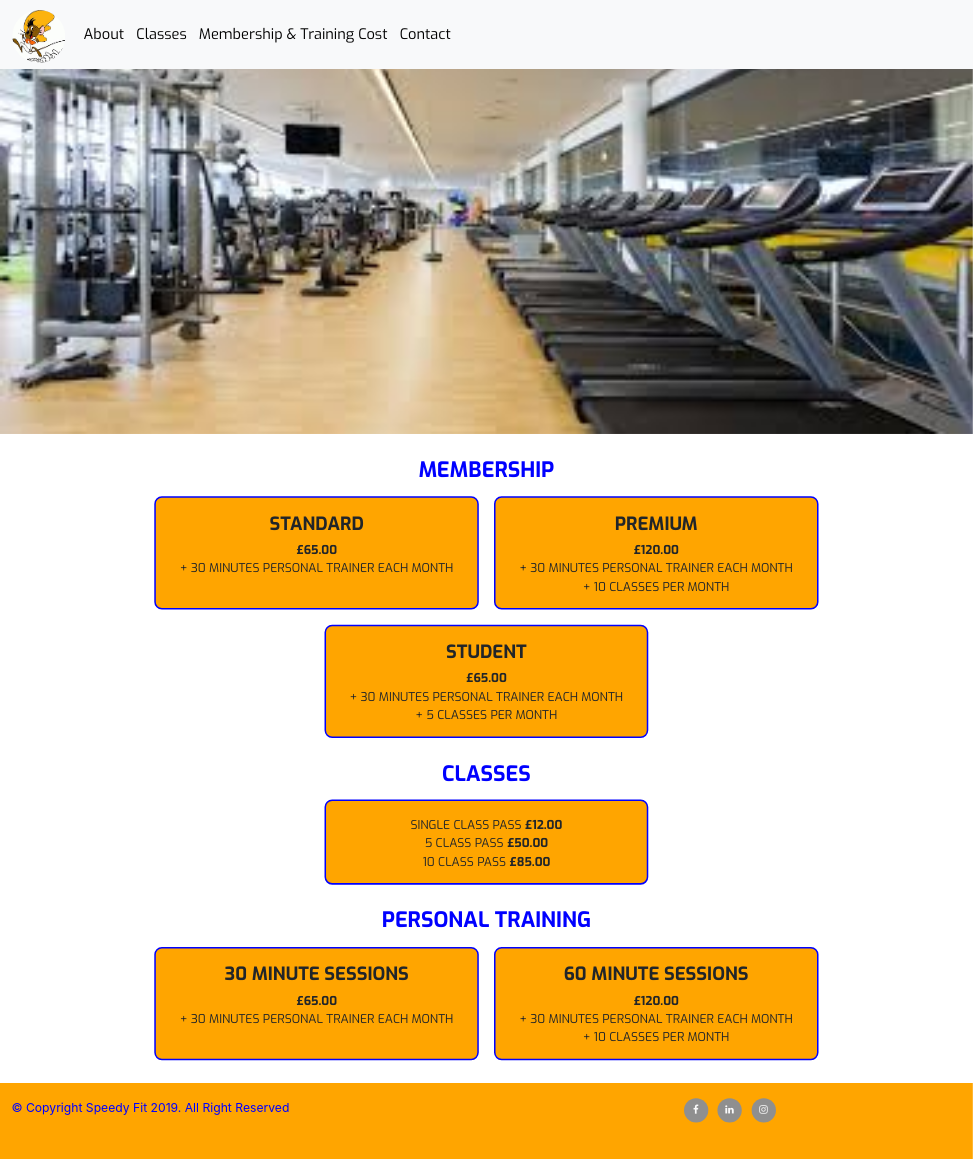
Repository: marcomoreschi/Milestrone-project
Page: membership&trainingcost.html
The author's editor kept a record of every edit. The page is drawn from the files as they stood at one moment, then again after the next edit.
The browser window is 1280 px wide. The pictures show the whole page, at 76% of full size.
Some web libraries are served in a nearby version.

Above is the page before.

After the next edit:
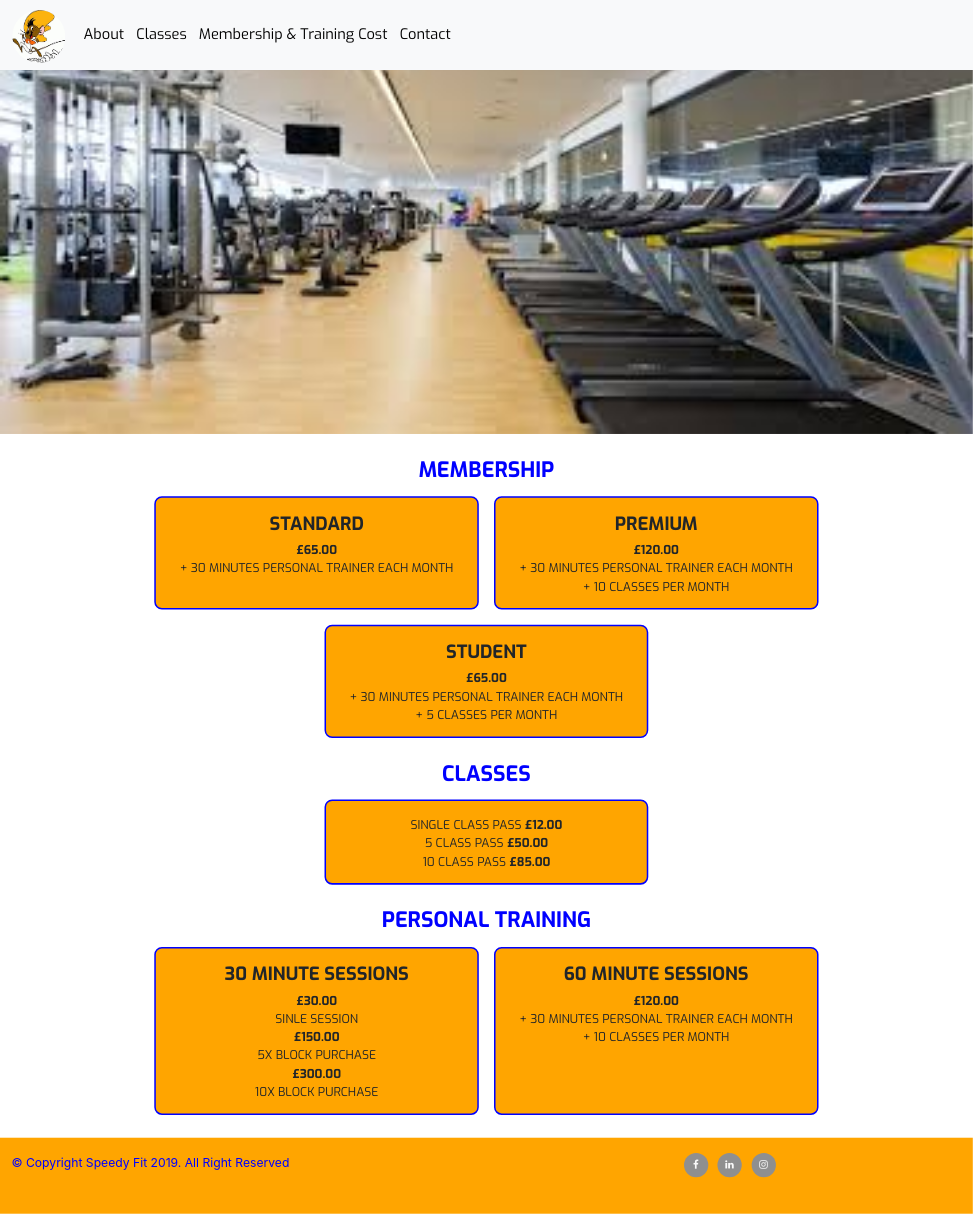
The edit:
--- a/membership&trainingcost.html
+++ b/membership&trainingcost.html
@@ -97,7 +97,7 @@
         <div class="row justify-content-center personal-trainer-section">
             <div class="col-sm-4 personal-trainer-price">
                 <h4>30 minute sessions</h4>
-                <p><b>£65.00</b> <br> + 30 minutes personal trainer each month</p>
+                <p> <b>£30.00</b><br>Sinle Session <br><b>£150.00</b><br>5X block purchase<br><b>£300.00</b><br>10X block purchase   </p>
           </div>
 
             <div class="col-sm-4 personal-trainer-price">
